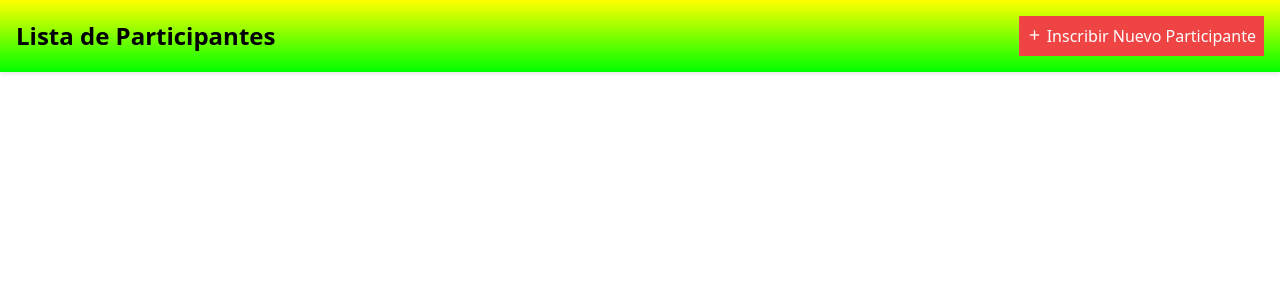
Repository: LukasMoyano/Entregable004-crudsymetodoshttp_01_backup001
Page: /
An editor plug-in stored every save of this project. The page is shown before and after the next save, followed by the edit.
The browser window is 1280 px wide. The pictures show the whole page.
The page's requests for data from a server got no answer. The project was rebuilt for these pictures with package versions that can differ from the ones it lists, and the page was loaded fresh each time. No one was signed in, and anything a server would have sent is missing. Also part of the build but not shown: vite.config.js, src/components/User.jsx.

Above is the page before, as saved 2023-08-16 23:49:22.

After the next save:
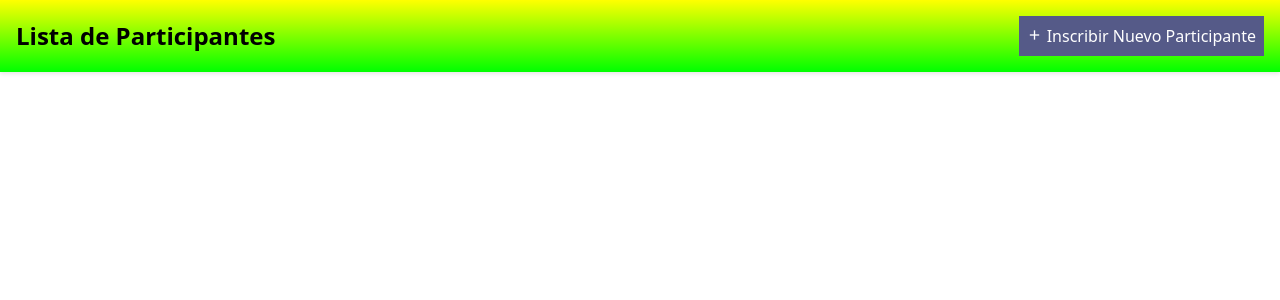
Saved 2 min 25 s later.
--- a/src/components/Header.jsx
+++ b/src/components/Header.jsx
@@ -14,7 +14,7 @@
       }}
     >
       <h1 className="text-2xl font-bold">Lista de Participantes</h1>
-      <button onClick={handleClick} className="bg-primary text-white p-2">
+      <button onClick={handleClick} className="bg-[#555A88] text-white p-2">
         <i className="bx bx-plus"></i> Inscribir Nuevo Participante
       </button>
     </header>
